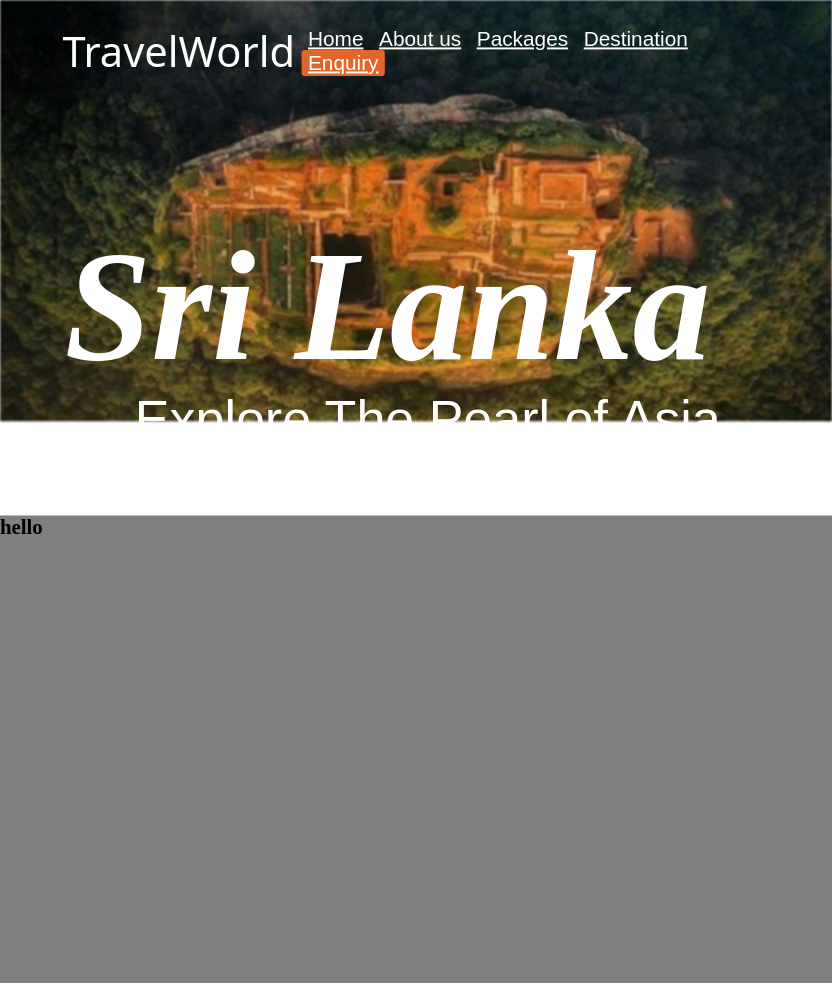
Repository: Haakim19/TavelWorld
Page: HTML/Home.html
An editor plug-in stored every save of this project. The page is shown before and after the next save, followed by the edit.
The browser window is 1280 px wide. The pictures show the whole page, at 65% of full size.
Some web fonts or font styles are not loaded; a fallback is used.

Above is the page before, as saved 2024-11-02 11:35:48.

### HTML/Home.html
<!DOCTYPE html>
<html lang="en">
    <head>
        <meta charset="UTF-8" />
		<meta name="viewport" content="width=device-width, initial-scale=1.0" />
		<title>Travel World</title>
		<link rel="stylesheet" href="../CSS/home.css" />
        <link rel="preconnect" href="https://fonts.googleapis.com">
        <link rel="preconnect" href="https://fonts.gstatic.com" crossorigin>
        <link href="https://fonts.googleapis.com/css2?family=Irish+Grover&family=Jaldi:wght@400;700&family=Playwrite+GB+S:ital,wght@0,100..400;1,100..400&display=swap" rel="stylesheet">
	</head>
	<body>
        <div class="bg-img">

            <!-- Navigation Bar -->
            <nav class="navbar">
                <div class="logo">
                    <img src="../Assets/icon/location.png" alt="" />
                    Travel <span>World</span>
                </div>
                <div class="page">
                    <a href="Home.html">Home</a>
                    <a href="Aboutus.html">About us</a>
                    <a href="Packages.html">Packages</a>
                    <a href="Destination.html">Destination</a>
                    <a href="Enquiry.html" class="enquiry-btn">Enquiry</a>
                </div>
            </nav>
            <!-- Hero Section -->
            <section class="hero">
                <div class="hero-overlay">
                    <h1>Sri Lanka</h1>
                    <p>Explore The Pearl of Asia</p>
                </div>
            </section>
            <img class="hero-img" src="../Assets/Images/Pic01.jpg" alt="">
        </div>
        <!-- famous places in sri lanka  -->
        <div class="container">
            <div class="box1">
                <h1>hello
                </h1>
            </div>
            <div class="box2">

            </div>
        </div>
	</body>
</html>

### CSS/home.css
body{
    margin: 0;
    padding: 0;
    /* background-color: #ffffff; */
}
/* Background image */
.bg-img img{
    width: 100%;
    height: 90vh;
    object-fit: cover;
    filter: blur(2px);
    object-position: top;
    background-attachment: scroll;
}

.hero-img {
    position:absolute;
    top: 0;
    z-index: 1;
    background-color:black;;
}
/* Navigation bar */
nav{
    position: relative;
    display: flex;
    align-items: center;
    justify-content: space-between;
    z-index: 1000;
    padding-top: 30px;
}
.logo{
    margin-left: 5vh;
    font-family: "Irish Grover", system-ui;
    color: #ffffff;
    font-size: 4rem;
    display: flex;
    justify-content:center;
    align-items: center;
    padding: 5px 10px 5px 10px;
}
.logo img{
    width: 50px;
    height: 50px;
    color: #ffffff;
}

.page {
    margin-right : 16vh;

}

.page a{
    /* display: flex; */
    font-size: 2rem;
    color: #ffffff;
    font-family:"Jaldi", sans-serif;
    justify-content: space-evenly;
    align-items: center;
    padding: 2px 10px 2px 10px;

}
.page .enquiry-btn{
    background-color:#E2652B;
    color: white;
    border-radius: 5px;
}
section {
    position: relative;
    z-index: 1000;
    color: #ffffff;
    display: flex;
    flex-direction: column;
    justify-content: center;
    align-items: center;
    margin-top: 1vh;

}

.hero .hero-overlay h1 {
    /* margin-right: 10vh; */
    font-family: "Just Another Hand", cursive;
    font-weight: 700;
    font-style:oblique;
    font-size: 15rem;
    margin-bottom: -10px;
}

.hero .hero-overlay p {
    margin-left: 15vh;
    margin-top: auto;
    font-family:"Jaldi", sans-serif;
    font-weight: 500;
    font-style:normal;
    font-size: 5rem;
    margin-right: 10vh;
}
.container{
    height: 100vh;
    width: 100%;
    background-color: rgba(0, 0, 0, 0.5);
}

After the next save:
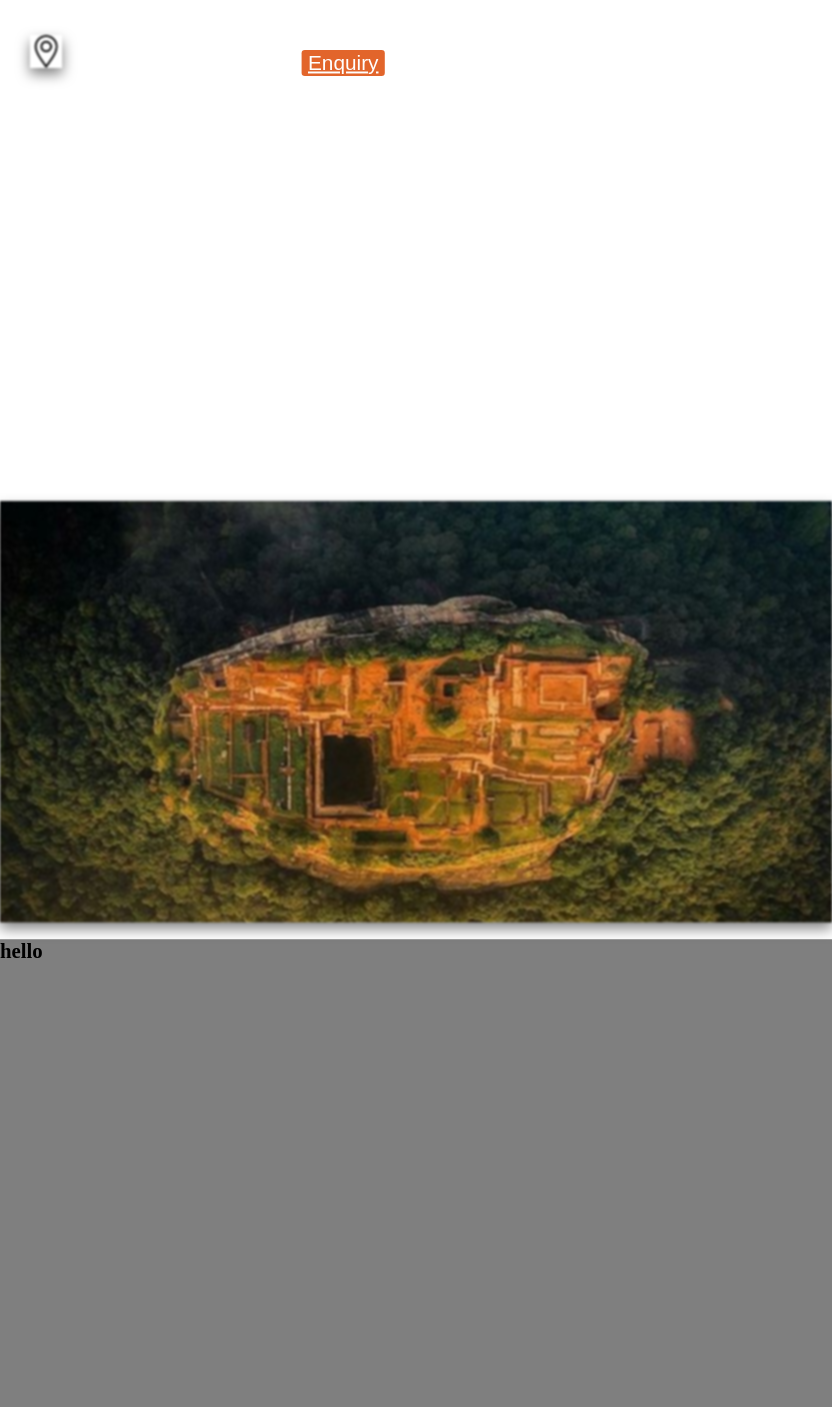
Saved 73 s later.
--- a/CSS/home.css
+++ b/CSS/home.css
@@ -11,6 +11,9 @@
     filter: blur(2px);
     object-position: top;
     background-attachment: scroll;
+    box-shadow: 0 10px 20px rgba(0, 0, 0, 0.5);
+    position: relative;
+    z-index: 1;
 }
 
 .hero-img {

After the save that followed:
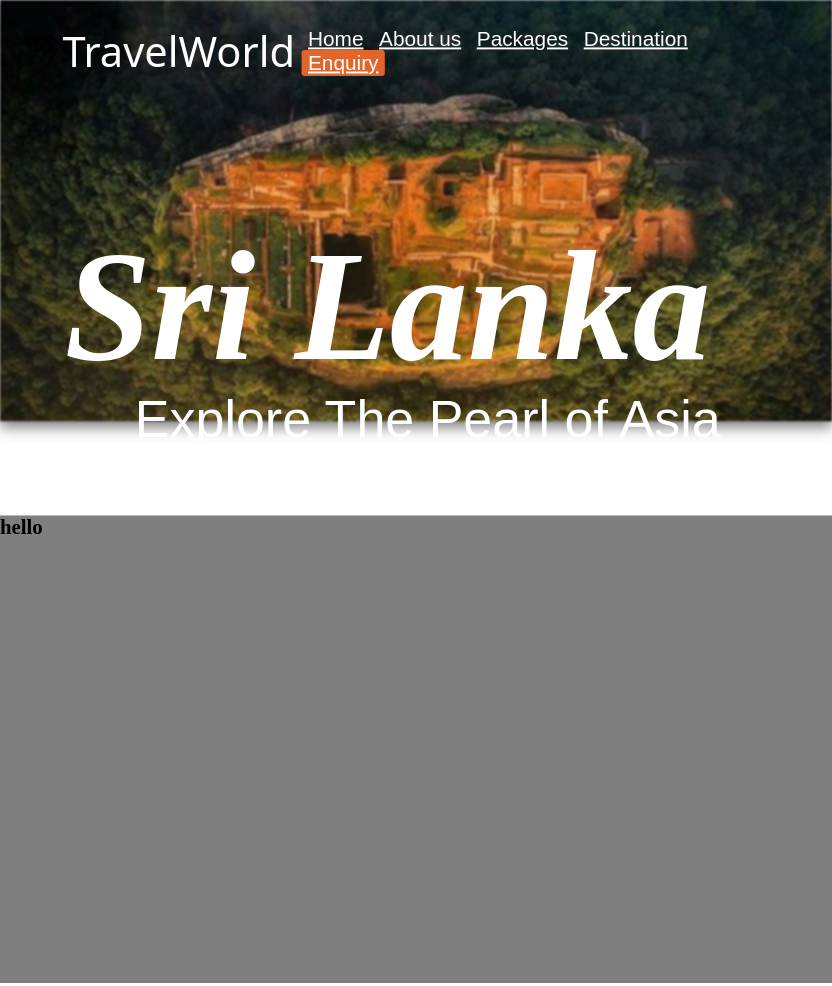
Saved 11 s later.
--- a/CSS/home.css
+++ b/CSS/home.css
@@ -12,8 +12,6 @@
     object-position: top;
     background-attachment: scroll;
     box-shadow: 0 10px 20px rgba(0, 0, 0, 0.5);
-    position: relative;
-    z-index: 1;
 }
 
 .hero-img {
